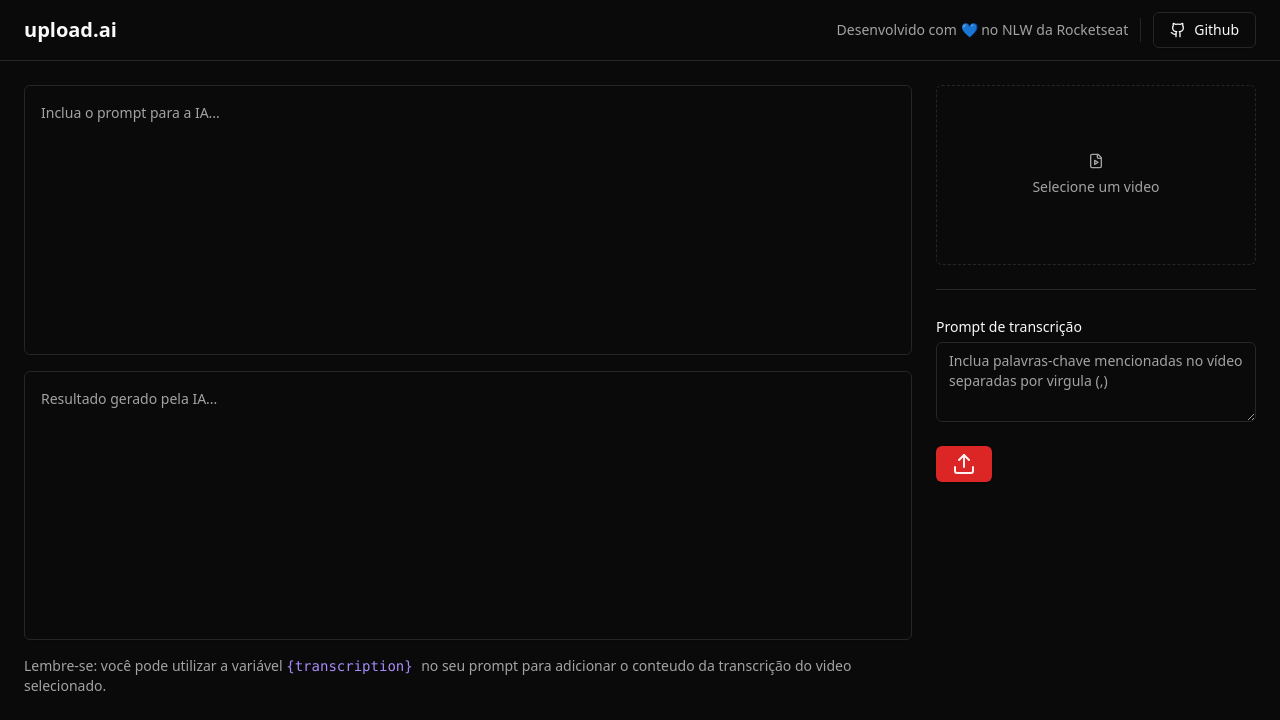
Repository: ricardolimati/upload-ai-web
Page: /
The author's editor kept a copy of each file at every save. The page is drawn from the files as they stood at one save, then again after the next save.
The browser window is 1280 px wide. The pictures show the whole page.
The project was rebuilt for these pictures with package versions that can differ from the ones it lists, and the page was loaded fresh each time. Also part of the build but not shown: vite.config.ts.

Above is the page before, as saved 2023-09-11 23:57:44.

After the next save:
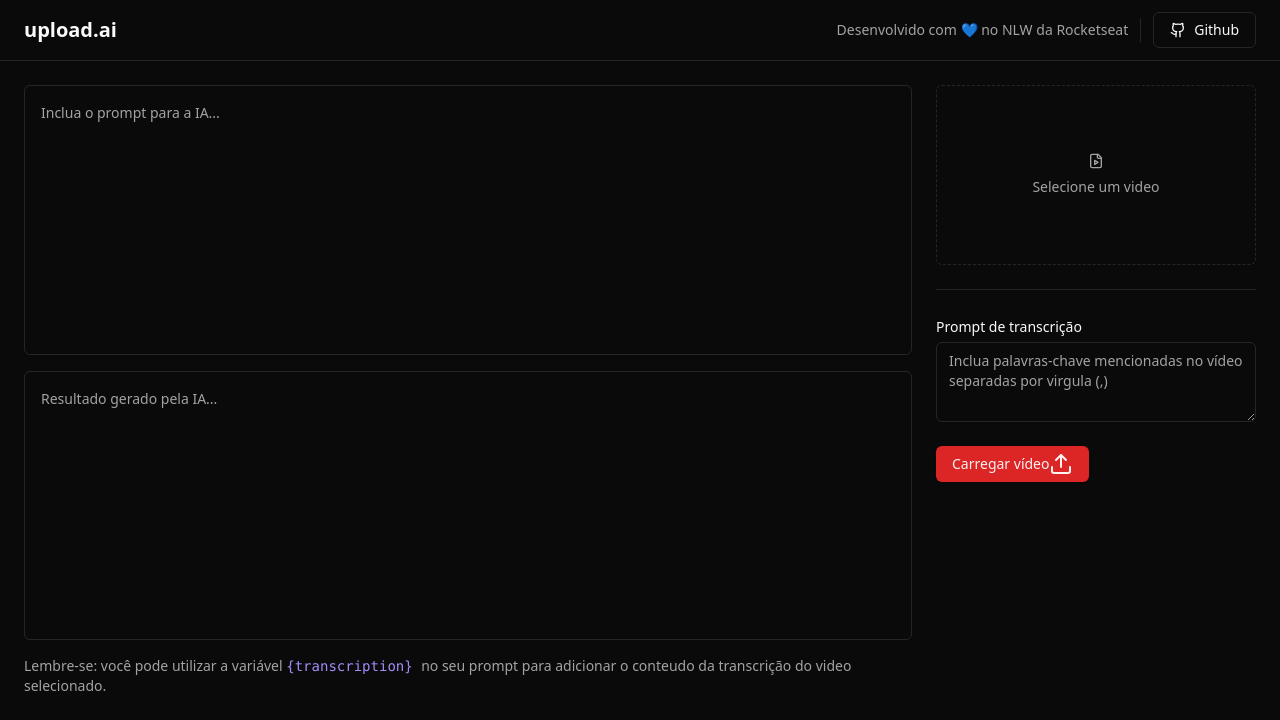
Saved 8 s later.
--- a/src/App.tsx
+++ b/src/App.tsx
@@ -57,6 +57,7 @@ export function App() {
             />
           </div>
           <Button>
+            Carregar vídeo
             <Upload></Upload>
           </Button>
         </form>
